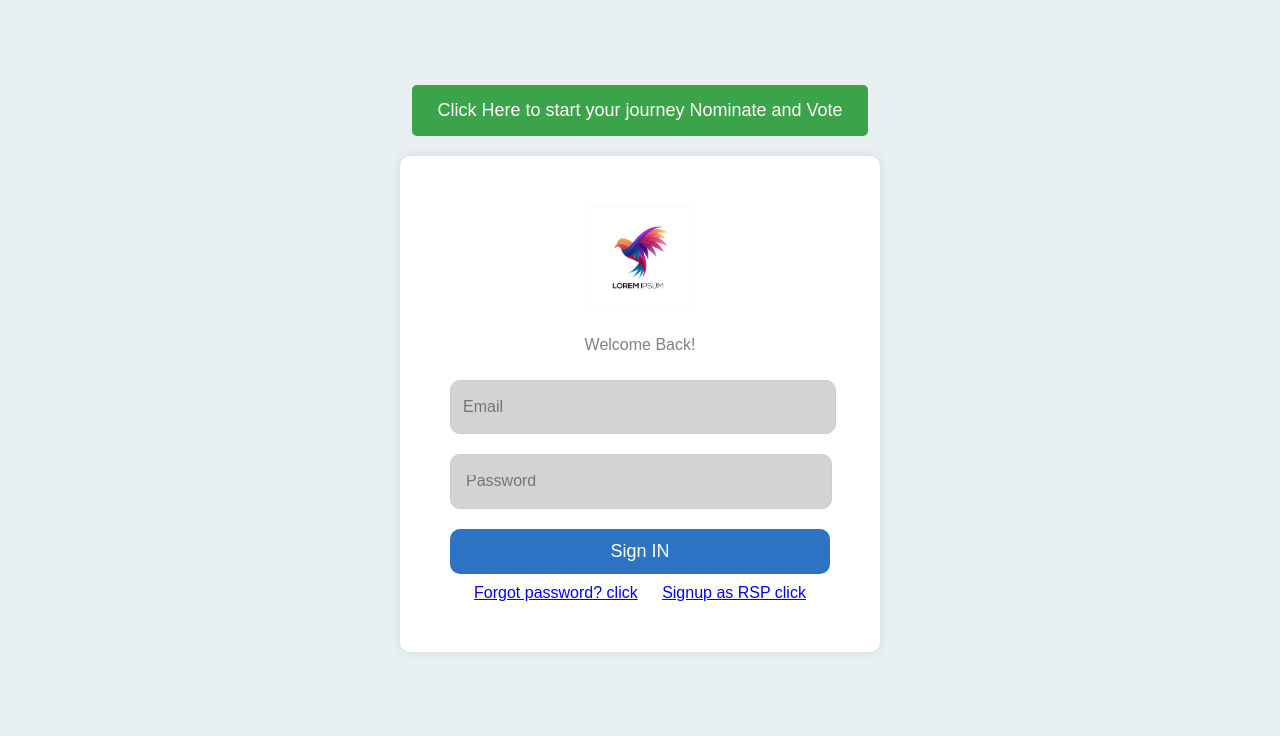
Repository: Femi007-gh/welcome
Page: index.html
The author's editor kept a copy of each file at every save. The page is drawn from the files as they stood at one save, then again after the next save.
The browser window is 1280 px wide. The pictures show the whole page.
Some web libraries are served in a nearby version.

Above is the page before, as saved 2025-03-10 18:22:31.

After the next save:
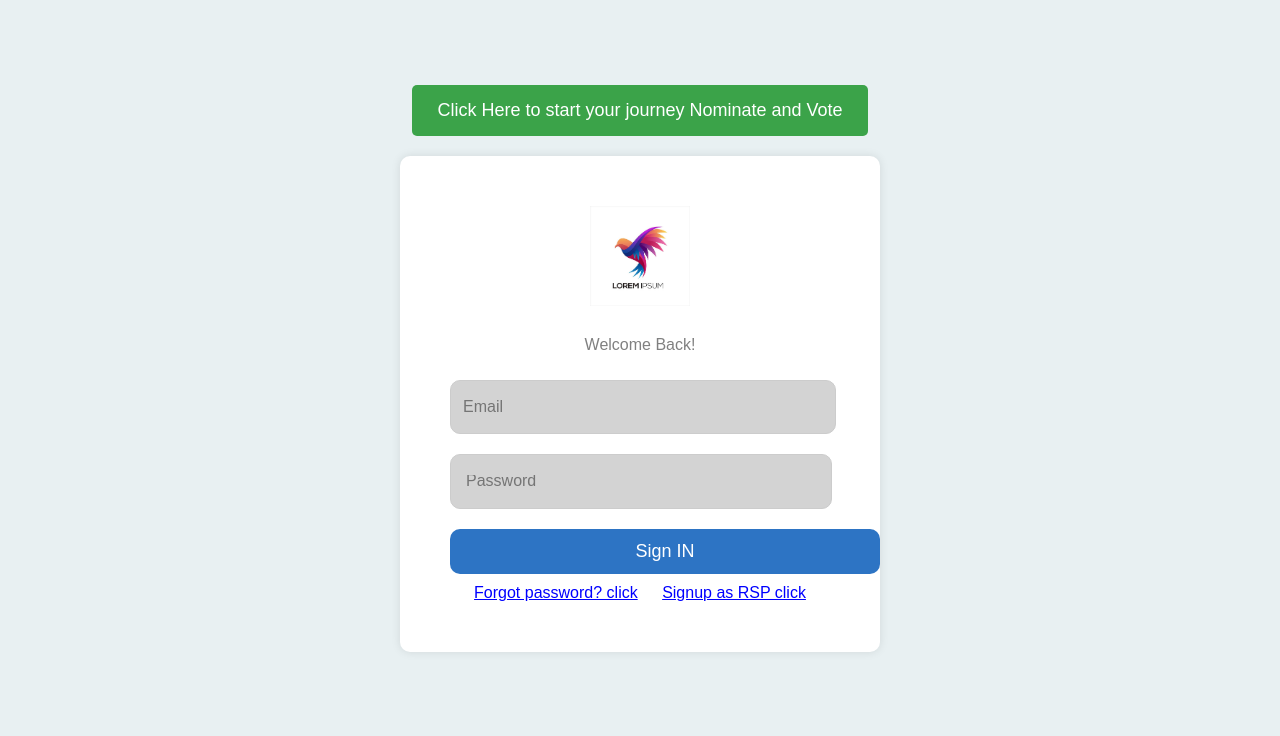
Saved 15 s later.
--- a/index.html
+++ b/index.html
@@ -81,7 +81,7 @@
             width: 100%;
             font-size: 18px;
             margin-top: 10px;
-            width: 380px;
+            width: 430px;
         }
         .links {
             margin-top: 10px;
